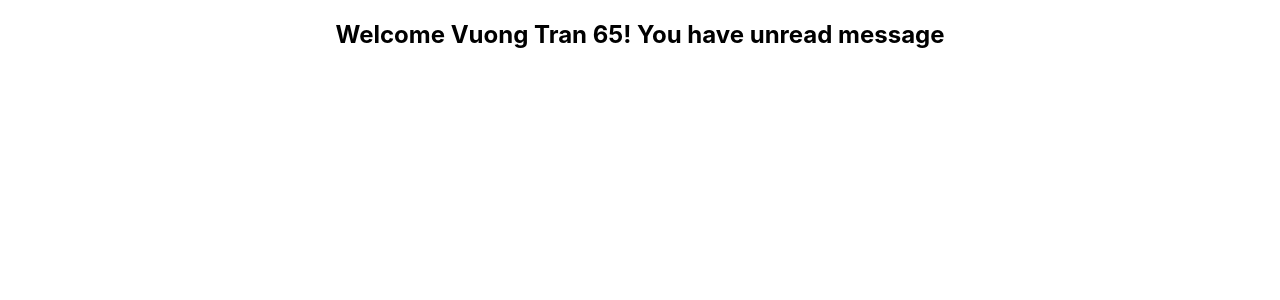
Repository: vuongtm1999/ALTA-exercise-1
Page: /
The author's editor kept a copy of each file at every save. The page is drawn from the files as they stood at one save, then again after the next save.
The browser window is 1280 px wide. The pictures show the whole page.
The project was rebuilt for these pictures with package versions that can differ from the ones it lists, and the page was loaded fresh each time.

Above is the page before, as saved 2022-10-25 16:59:05.

After the next save:
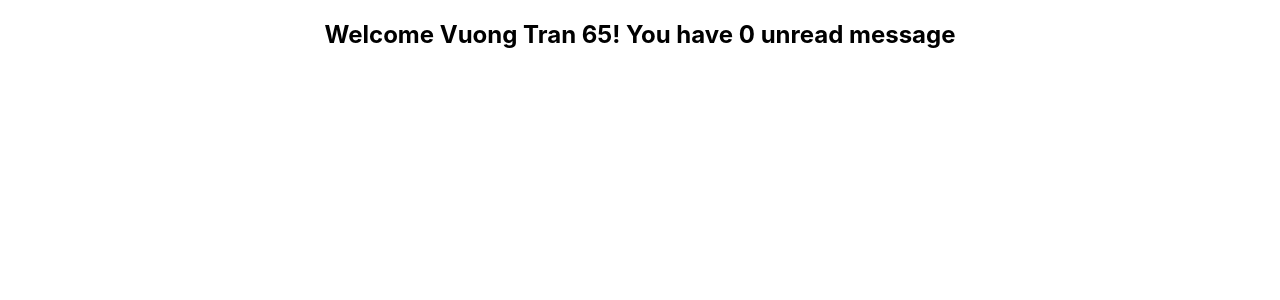
Saved 27 s later.
--- a/src/components/Greet.tsx
+++ b/src/components/Greet.tsx
@@ -12,7 +12,7 @@ const Greet = (props: Greetprops) => {
 
     return (
         <div>
-            {props.isLoggedIn ?  <h2>Welcome {props.name}! You have {props.messageCount} unread message</h2> :
+            {props.isLoggedIn ?  <h2>Welcome {props.name}! You have {messageCount} unread message</h2> :
                                     <h2>Welcome guest</h2>
             }
         </div>
